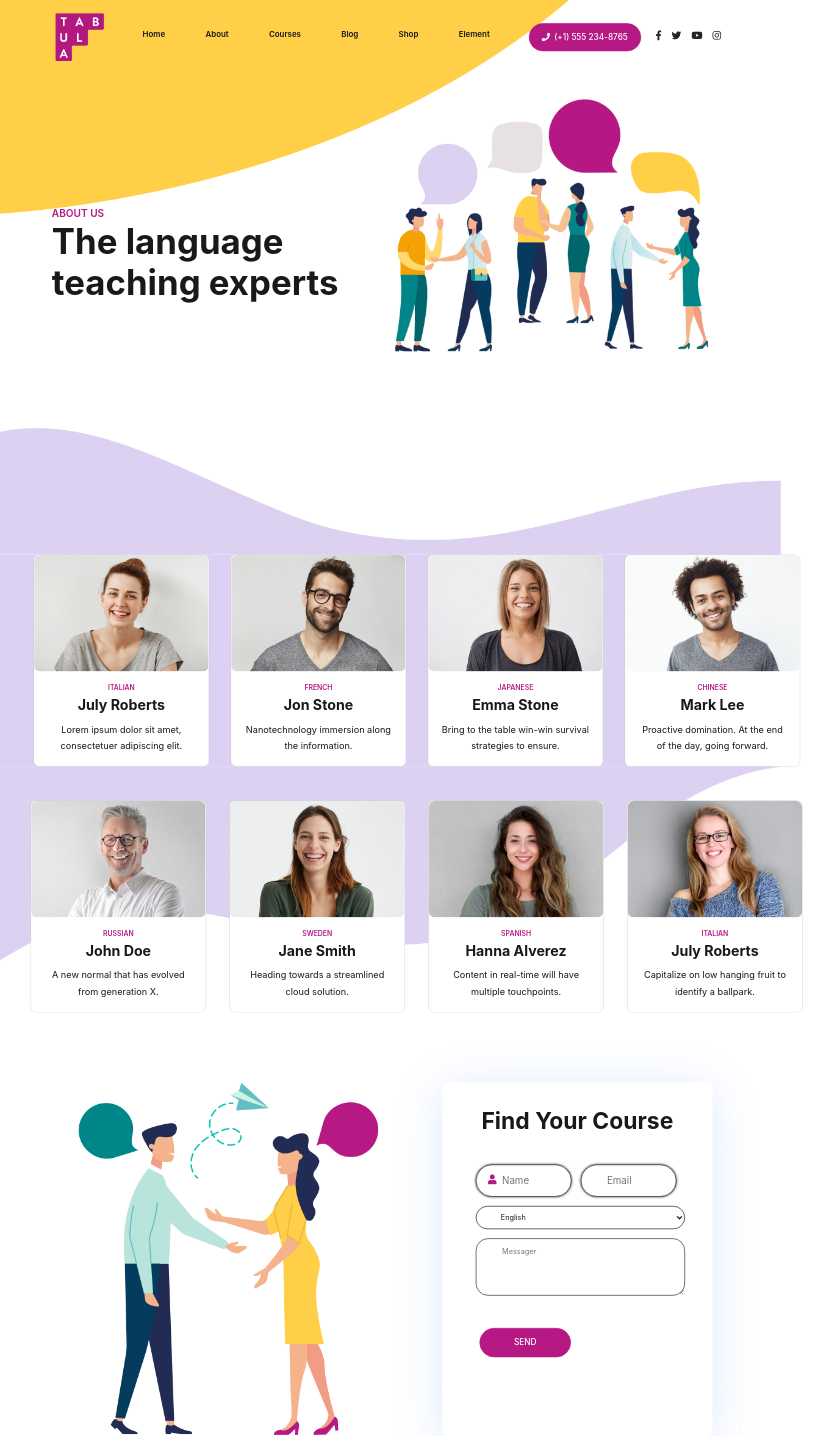
Repository: Khanh1234-glitch/TruongNguyenBaoKhanh_BC22_assignment__tabula
Page: Tabula/index.html
These files come from the project's save history. The page is drawn as it stood at one moment and after the next save; the edit follows.
The browser window is 1280 px wide. The page is 1366 px wide, so the pictures cover 1366 px, including what lies to the right of the window. The pictures show the whole page, at 61% of full size.
The style sheet was rebuilt from its Sass, Less or Tailwind sources for each picture, by a compiler version that may differ from the author's.

Above is the page before, as saved 2022-04-18 10:39:04.

### Tabula/index.html
<!doctype html>
<html lang="en">

<head>
    <title>Title</title>
    <!-- Required meta tags -->
    <meta charset="utf-8">
    <meta name="viewport" content="width=device-width, initial-scale=1, shrink-to-fit=no">
    <!-- link css -->
    <link rel="stylesheet" href="./css/style.css">
    <!-- link fontawesome -->
    <link rel="stylesheet" href="https://cdnjs.cloudflare.com/ajax/libs/font-awesome/5.15.4/css/all.min.css">
    <!-- Bootstrap CSS -->
    <link rel="stylesheet" href="https://stackpath.bootstrapcdn.com/bootstrap/4.3.1/css/bootstrap.min.css" integrity="sha384-ggOyR0iXCbMQv3Xipma34MD+dH/1fQ784/j6cY/iJTQUOhcWr7x9JvoRxT2MZw1T" crossorigin="anonymous">
</head>

<body>
    <header>
        <nav class="navbar container navbar-expand-md navbar-dark">
            <!-- Toggler/collapsibe Button -->
            <button class="navbar-toggler" type="button" data-toggle="collapse" data-target="#collapsibleNavbar">
                <span class="navbar-toggler-icon"></span>
            </button>
            <!-- Brand -->
            <img style="cursor:pointer" src="./img/crest.png" alt="">
            <!-- Navbar links -->
            <div class="collapse navbar-collapse " id="collapsibleNavbar">
                <ul class="navbar-nav ml-auto">
                    <li class="nav-item">
                        <a class="nav-link" href="#">Home</a>
                    </li>
                    <li class="nav-item">
                        <a class="nav-link" href="#">About</a>
                    </li>
                    <li class="nav-item">
                        <a class="nav-link" href="#">Courses</a>
                    </li>
                    <li class="nav-item">
                        <a class="nav-link" href="#">Blog</a>
                    </li>
                    <li class="nav-item">
                        <a class="nav-link" href="#">Shop</a>
                    </li>
                    <li class="nav-item">
                        <a class="nav-link" href="#">Element</a>
                    </li>
                    <li class="button">
                        <button class="btn-header"><i style="margin-right:7px;" class="fa fa-phone"></i> (+1) 555 234-8765</button>
                    </li>
                    <li class="nav-item" style="margin-top:10px">
                        <i class="fab fa-facebook-f"></i>
                        <i class="fab fa-twitter"></i>
                        <i class="fab fa-youtube"></i>
                        <i class="fab fa-instagram"></i>
                    </li>
                </ul>
            </div>
        </nav>
        <div class="hero-book container ">
            <div class="text-left">
                <span>ABOUT US</span>
                <h1>The language teaching experts</h1>
            </div>
            <div class="img-right">
                <img src="./img/hero_team.png" alt="">
            </div>
        </div>
    </header>
    <section class="column-img ">
        <img src="./img/Violet_top_left_wave.png" alt="">
        <div class="bg-card">
            <div class="container-card ">
                <div class="card" style="width: 18rem;">
                    <div class="img-card">
                        <img class="card-img-top" srcset="./img/teacher_1.jpg " alt="Card image cap">
                    </div>
                    <div class="card-body">
                        <p>ITALIAN</p>
                        <h5 class="card-title">July Roberts</h5>
                        <p class="card-text">Lorem ipsum dolor sit amet, consectetuer adipiscing elit.</p>
                    </div>
                </div>
                <div class="card" style="width: 18rem;">
                    <div class="img-card">
                        <img class="card-img-top" srcset="./img/teacher_2.jpg " alt="Card image cap">
                    </div>
                    <div class="card-body">
                        <p>FRENCH</p>
                        <h5 class="card-title">Jon Stone
                        </h5>
                        <p class="card-text">Nanotechnology immersion along the information.</p>
                    </div>
                </div>
                <div class="card" style="width: 18rem;">
                    <div class="img-card">
                        <img class="card-img-top" srcset="./img/teacher_3.jpg" alt="Card image cap">
                    </div>
                    <div class="card-body">
                        <p>JAPANESE</p>
                        <h5 class="card-title">Emma Stone</h5>
                        <p class="card-text">Bring to the table win-win survival strategies to ensure.</p>
                    </div>
                </div>
                <div class="card" style="width: 18rem;">
                    <div class="img-card">
                        <img class="card-img-top" srcset="./img/teacher_4.jpg " alt="Card image cap">
                    </div>
                    <div class="card-body">
                        <p>CHINESE</p>
                        <h5 class="card-title">Mark Lee</h5>
                        <p class="card-text">Proactive domination. At the end of the day, going forward.</p>
                    </div>
                </div>
            </div>
        </div>

        <img src="./img/Violet_bottom_left_wave.png" alt="">
        <div class="card-bottom">
            <div class="container-card ">
                <div class="card" style="width: 18rem;">
                    <div class="img-card">
                        <img class="card-img-top" srcset="./img/teacher_5.jpg " alt="Card image cap">
                    </div>
                    <div class="card-body">
                        <p>RUSSIAN</p>
                        <h5 class="card-title">John Doe</h5>
                        <p class="card-text">A new normal that has evolved from generation X.</p>
                    </div>
                </div>
                <div class="card" style="width: 18rem;">
                    <div class="img-card">
                        <img class="card-img-top" srcset="./img/teacher_6.jpg " alt="Card image cap">
                    </div>
                    <div class="card-body">
                        <p>SWEDEN</p>
                        <h5 class="card-title">Jane Smith</h5>
                        <p class="card-text">Heading towards a streamlined cloud solution.</p>
                    </div>
                </div>
                <div class="card" style="width: 18rem;">
                    <div class="img-card">
                        <img class="card-img-top" srcset="./img/teacher_7.jpg " alt="Card image cap">
                    </div>
                    <div class="card-body">
                        <p>SPANISH</p>
                        <h5 class="card-title">Hanna Alverez</h5>
                        <p class="card-text">Content in real-time will have multiple touchpoints.</p>
                    </div>
                </div>
                <div class="card" style="width: 18rem;">
                    <div class="img-card">
                        <img class="card-img-top" srcset="./img/teacher_8.jpg " alt="Card image cap">
                    </div>
                    <div class="card-body">
                        <p>ITALIAN</p>
                        <h5 class="card-title">July Roberts</h5>
                        <p class="card-text">Capitalize on low hanging fruit to identify a ballpark.</p>
                    </div>
                </div>
            </div>
        </div>
    </section>
    <section class="contact-form container">
        <div class="img-left">
            <img src="./img/conatct_inner.png" alt="">
        </div>
        <div class="form-right">
            <div class="form">
                <div class="title">Find Your Course</div>
                <div class="contact-form-bottom">
                    <div class="row-form">
                        <div class="name-form"><input type="text" placeholder="Name"><i class="fa fa-user"></i></div>
                        <div class="email-form"><input type="text" placeholder="Email"></div>
                    </div>
                    <div class="seclect-form">
                        <select class="form-control" id="exampleFormControlSelect1">
                            <option>English</option>
                            <option>French</option>
                            <option>Spanish</option>
                            <option>German</option>
                        </select>
                    </div>
                    <div class="text-form">
                        <textarea name="" id="" cols="30" rows="10" placeholder="Messager"></textarea>
                    </div>
                    <div class="btn-form">
                        <button>Send</button>
                    </div>
                </div>

            </div>
        </div>
    </section>

    <!-- Optional JavaScript -->
    <!-- jQuery first, then Popper.js, then Bootstrap JS -->
    <script src="https://code.jquery.com/jquery-3.3.1.slim.min.js" integrity="sha384-q8i/X+965DzO0rT7abK41JStQIAqVgRVzpbzo5smXKp4YfRvH+8abtTE1Pi6jizo" crossorigin="anonymous"></script>
    <script src="https://cdnjs.cloudflare.com/ajax/libs/popper.js/1.14.7/umd/popper.min.js" integrity="sha384-UO2eT0CpHqdSJQ6hJty5KVphtPhzWj9WO1clHTMGa3JDZwrnQq4sF86dIHNDz0W1" crossorigin="anonymous"></script>
    <script src="https://stackpath.bootstrapcdn.com/bootstrap/4.3.1/js/bootstrap.min.js" integrity="sha384-JjSmVgyd0p3pXB1rRibZUAYoIIy6OrQ6VrjIEaFf/nJGzIxFDsf4x0xIM+B07jRM" crossorigin="anonymous"></script>
</body>

</html>

### Tabula/Sass/style.scss
@import "./helper/mixin";
@import "./helper/variable";
@import "./Component/navbar";
@import "./Component/button";
@import "./Component/social";
@import "./Component/herobook";
@import "./Component/card-info";
@import "./Component/footer-form";

### Tabula/Sass/helper/_mixin.scss
@mixin content($fs, $fw, $color) {
    font-size: $fs;
    font-weight: $fw;
    background-color: $color;
}

@mixin content2($fs, $fw, $color) {
    font-size: $fs;
    font-weight: $fw;
    color: $color;
}

### Tabula/Sass/helper/_variable.scss
//color
$color:#e6afd4;
$color2:#181818;
$color3:#b61984 !important;
$color4:#191919 !important;
$color5:#dcd1f3;
//font weight
$fw-1:500;
$fw-2:600;
$fw-3:700;
$fw-4:800;
$fw-0:300;
//font-size
$fs-0:12px;
$fs-1:13px;
$fs-2:57px;
$fs-3:16.5px;
$fs-4:14.625px;
$fs-5:13.125px;
$fs-6:13.5px;
$fs-7:16.5px;
$fs-8:15px;
$fs-9:17.25px;
$fs-10:11.25px;
$fs-11:23.25px;
$fs-12:37.5px;

### Tabula/Sass/Component/_navbar.scss
body {
    background: url("./../../img/yellow_top_wave_01.png");
    background-repeat: no-repeat;
    header {
        .navbar-nav {
            .nav-item {
                a {
                    @include content2($fs-1,
                    $fw-2,
                    $color2);
                    line-height: 80px;
                    margin-right: 50px;
                    color: $color2 !important;
                    transition: all 0.5s;
                    &::after {
                        content: "";
                        width: 10px;
                        height: 10px;
                        margin-left: 7px;
                        border-radius: 100%;
                        display: block;
                        background-color: $color3;
                        transition: all 0.5s;
                        transform: scaleX(0);
                    }
                    &:hover {
                        color: $color3;
                        &::after {
                            transform: scaleX(1);
                        }
                    }
                }
            }
        }
    }
}

### Tabula/Sass/Component/_button.scss
    .navbar-nav {
        .button {
            display: flex;
            align-items: center;
            margin-right: 18px;
            button {
                @include content($fs-6, $fw-1, $color3);
                align-items: center;
                border-radius: 50px;
                display: flex;
                justify-content: center;
                line-height: 13.5px;
                margin: 6px;
                padding: 14.85px 20.25px;
                text-align: center;
                color: #fff;
                border: 1px solid $color3;
                transition: all 0.2s;
                &:hover {
                    background-color: #fff !important;
                    border: 1px solid $color3;
                    color: $color3;
                }
            }
        }
    }

    .form {
        .btn-form {
            margin-left: 30px;
            button {
                width: 150px;
                height: 48px;
                @include content($fs-6, $fw-1, $color3);
                align-items: center;
                border-radius: 50px;
                display: flex;
                justify-content: center;
                line-height: 13.5px;
                margin: 6px;
                padding: 18.9px 35.1px;
                text-align: center;
                color: #fff;
                border: 1px solid $color3;
                transition: all 0.2s;
                text-transform: uppercase;
                &:hover {
                    background-color: #fff !important;
                    border: 1px solid $color3;
                    color: $color3;
                }
            }
        }
    }

### Tabula/Sass/Component/_social.scss
.navbar-nav {
    .nav-item {
        i {
            margin-right: 12px;
            line-height: 80px;
            cursor: pointer;
            transition: all 0.5s;
            &:hover {
                color: $color3;
            }
        }
    }
}

### Tabula/Sass/Component/_herobook.scss
.hero-book {
    display: flex;
    .text-left {
        margin-top: 216px;
        span {
            @include content2($fs-7, $fw-2, $color3);
            line-height: 19.8px;
        }
        h1 {
            @include content2($fs-2, $fw-3, $color4);
            line-height: 68.4px;
        }
    }
}

### Tabula/Sass/Component/_footer-form.scss
    .contact-form {
        display: flex;
        .form-right {
            box-shadow: 0 8px 60px 0 rgba(103, 151, 255, .11), 0 12px 90px 0 rgba(103, 151, 255, .11);
            margin-left: 60px;
            padding: 0px 25px;
            border-radius: 10px;
            line-height: 27px;
            .form {
                margin-top: 40px;
                width: 393px;
                height: 504px;
                position: relative;
                .title {
                    line-height: 45px;
                    @include content2($fs-12, $fw-3, $color4);
                    margin-bottom: 50px;
                    text-align: center;
                }
                .contact-form-bottom {
                    width: 343px;
                    line-height: 27px;
                    .row-form {
                        display: flex;
                        margin-left: 30px;
                        .name-form {
                            i {
                                position: absolute;
                                top: 112px;
                                left: 50px;
                                color: $color3;
                            }
                            input {
                                border-radius: 50px;
                                width: 157px;
                                box-shadow: #000000 0px 0px 4px 0px;
                                border: 1px solid $color4;
                                padding: 12px 12px 12px 42px;
                                margin: 0 15px 15px 0;
                            }
                        }
                        .email-form {
                            input {
                                border-radius: 50px;
                                width: 157px;
                                box-shadow: #000000 0px 0px 4px 0px;
                                border: 1px solid $color4;
                                padding: 12px 12px 12px 42px;
                                margin: 0 15px 15px 0;
                            }
                        }
                    }
                    .seclect-form {
                        margin-left: 30px;
                        .form-control {
                            border: 1px solid black;
                            border-radius: 50px;
                            color: #181818;
                            font-size: $fs-0;
                            line-height: 38.4px;
                            padding: 0px 0px 0px 36px;
                            margin-bottom: 15px;
                            width: 343px;
                            height: 38px;
                        }
                    }
                    .text-form {
                        margin: 0 0 45px 30px;
                        textarea {
                            width: 343px;
                            height: 94px;
                            border-radius: 20px;
                            border: 1px solid $color2;
                            font-size: $fs-0;
                            padding: 12px 12px 12px 42px;
                            line-height: 18px;
                        }
                    }
                }
            }
        }
    }

Loaded but not shown: Tabula/Sass/Component/_card-info.scss (111 lines, source omitted)

After the next save:
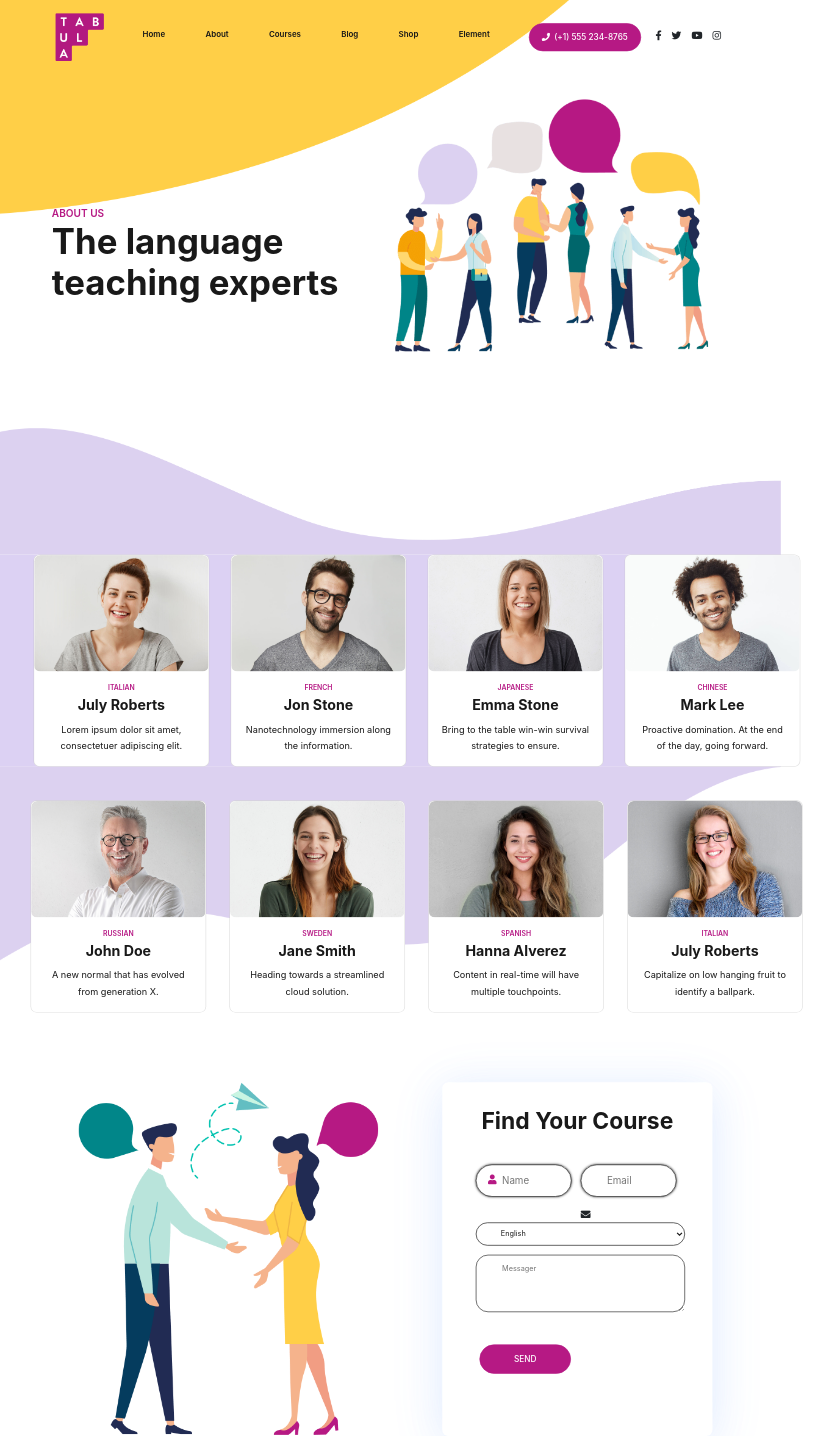
Saved 63 s later.
--- a/Tabula/index.html
+++ b/Tabula/index.html
@@ -170,7 +170,7 @@
                 <div class="contact-form-bottom">
                     <div class="row-form">
                         <div class="name-form"><input type="text" placeholder="Name"><i class="fa fa-user"></i></div>
-                        <div class="email-form"><input type="text" placeholder="Email"></div>
+                        <div class="email-form"><input type="text" placeholder="Email"><i class="fa fa-envelope"></i></div>
                     </div>
                     <div class="seclect-form">
                         <select class="form-control" id="exampleFormControlSelect1">

After the save that followed:
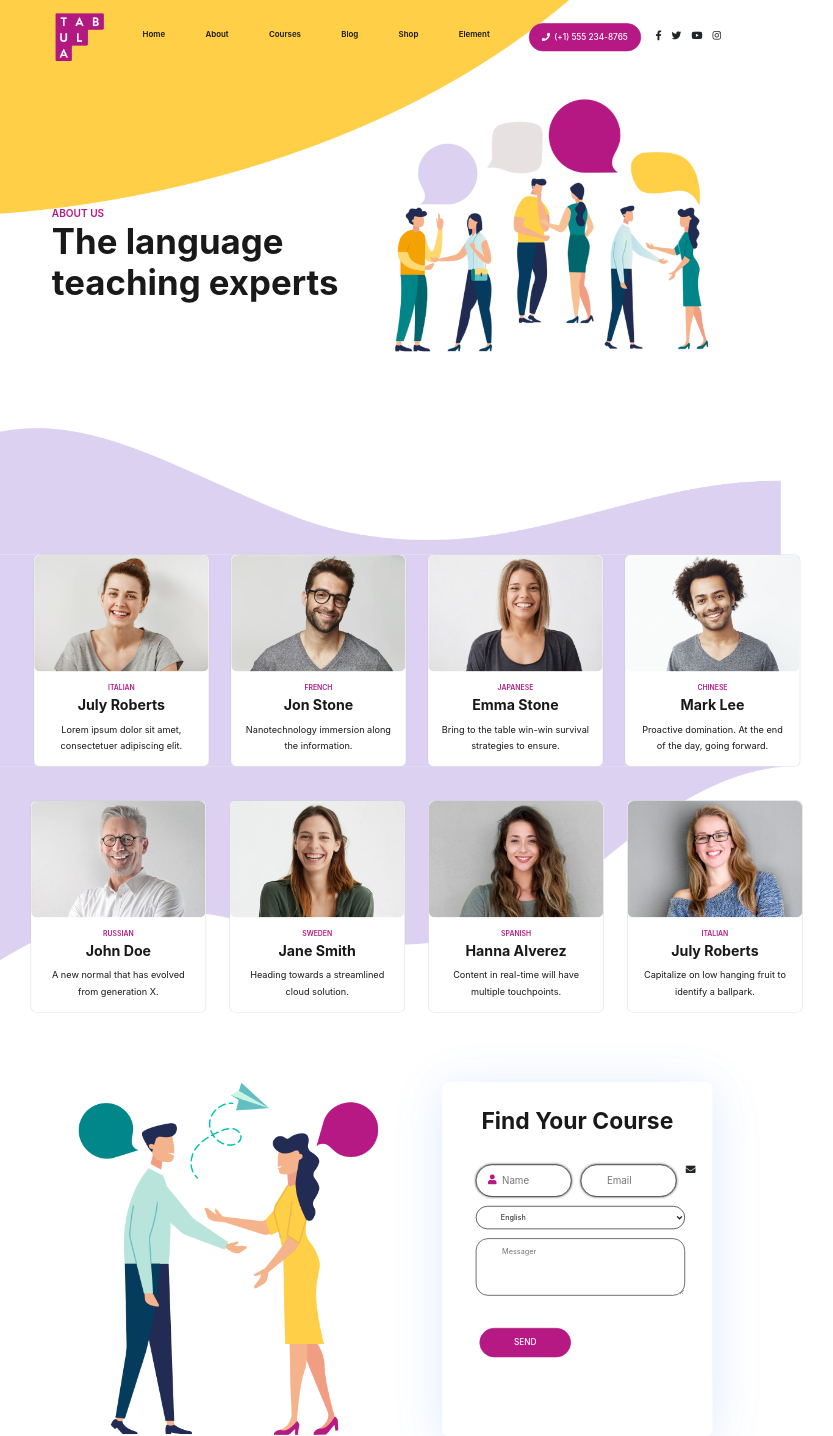
Saved 23 s later.
--- a/Tabula/Sass/Component/_footer-form.scss
+++ b/Tabula/Sass/Component/_footer-form.scss
@@ -40,6 +40,9 @@
                             }
                         }
                         .email-form {
+                            i {
+                                position: absolute;
+                            }
                             input {
                                 border-radius: 50px;
                                 width: 157px;
